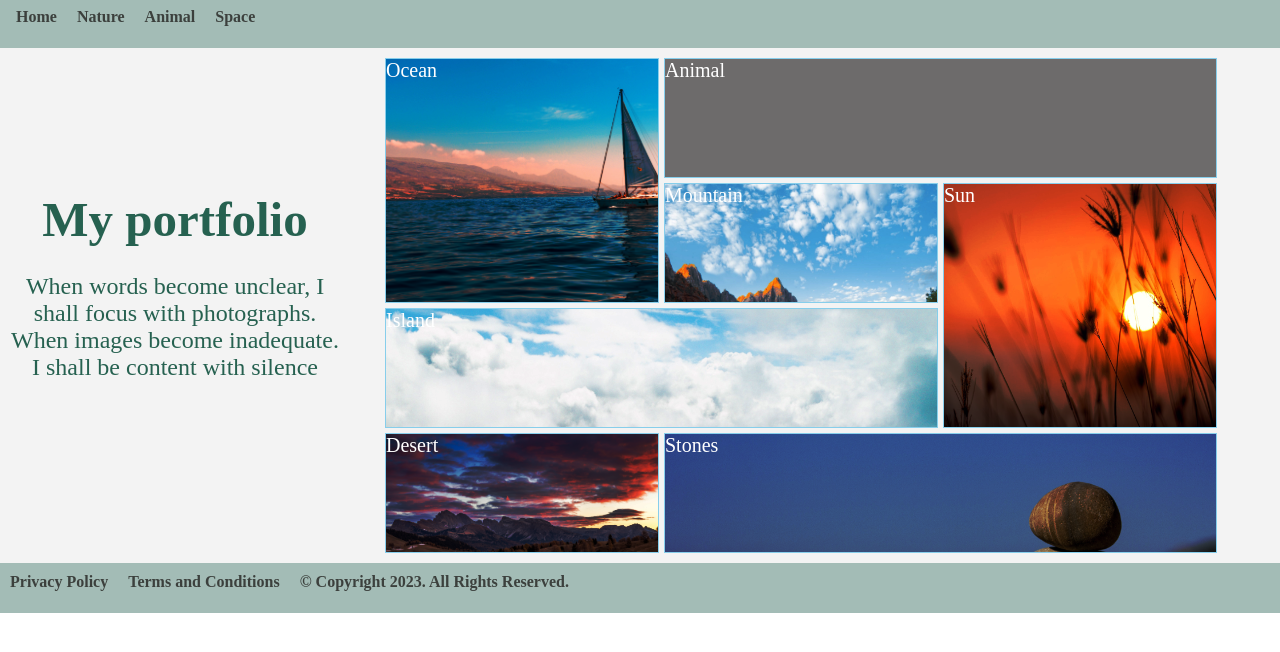
Repository: suraj-yadav7/03_Gallery_Portfolio
Page: index.html
The author's editor kept a copy of each file at every save. The page is drawn from the files as they stood at one save, then again after the next save.
The browser window is 1280 px wide. The pictures show the whole page.
Pictures or frames that could not be fetched are drawn as grey boxes. Some web fonts or font styles are not loaded; a fallback is used.

Above is the page before, as saved 2023-02-14 22:06:04.

After the next save:
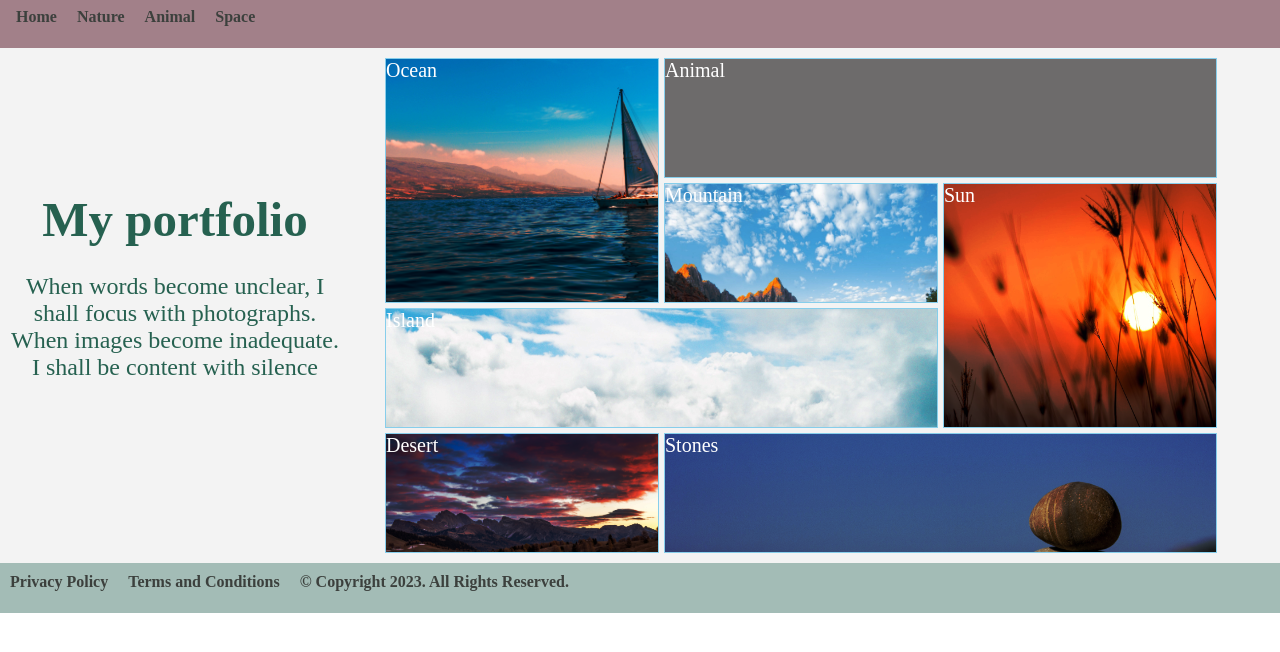
Saved 110 s later.
--- a/style.css
+++ b/style.css
@@ -31,7 +31,7 @@ a{
 
 /* Nav section */
 .nav-container{
-    background-color:  #A3BCB6;
+    background-color:  #a28089;
     padding: 1rem;
     font-family: 'Bodoni Moda', serif;
     font-size: 1rem;
